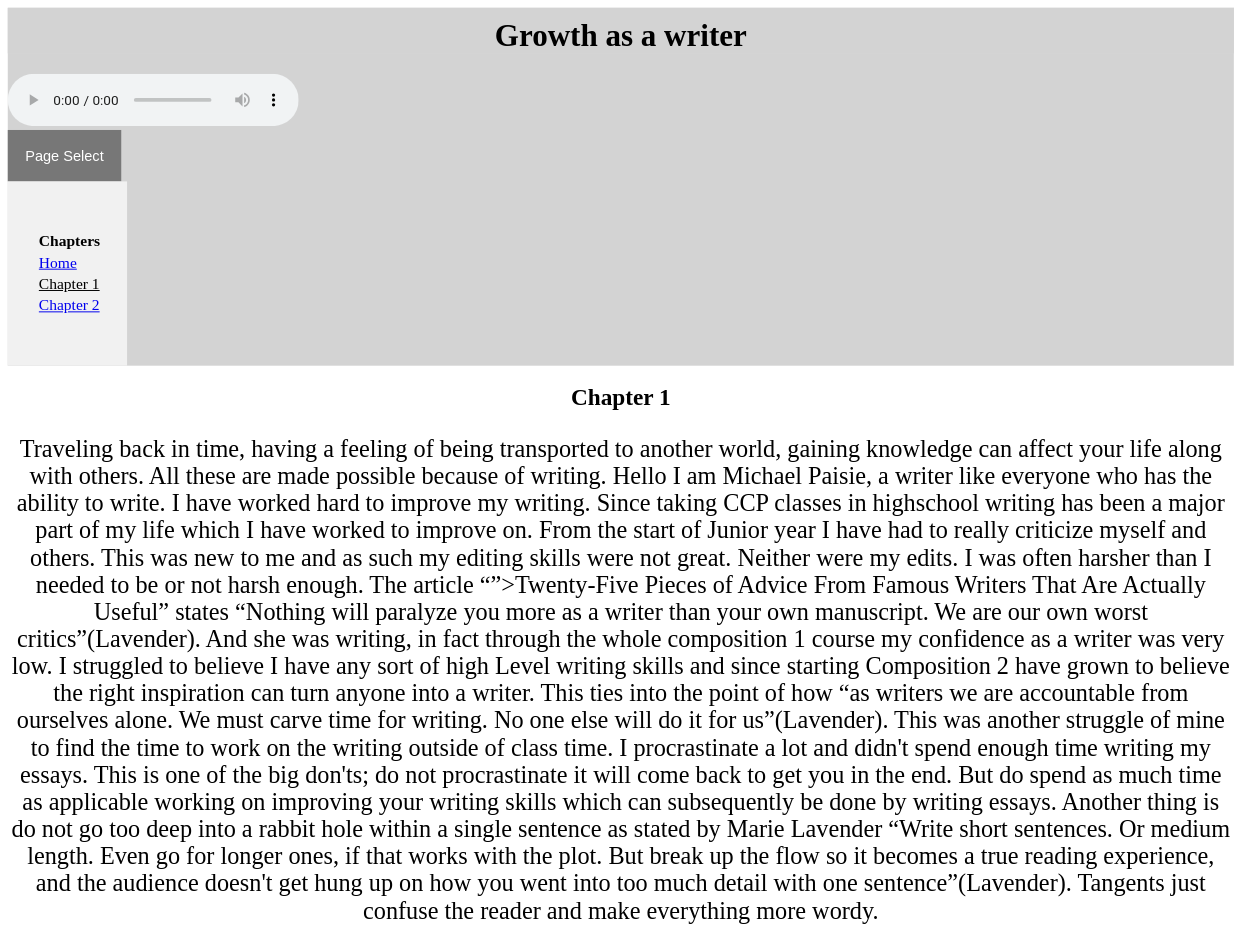
Repository: jpaisiem/WP-4
Page: Chapter1.html
The author's editor kept a copy of each file at every save. The page is drawn from the files as they stood at one save, then again after the next save.
The browser window is 1280 px wide. The pictures show the whole page, at 97% of full size.

Above is the page before, as saved 2025-05-01 11:34:25.
Console error: TypeError: Cannot read properties of undefined (reading 'toggle')

After the next save:
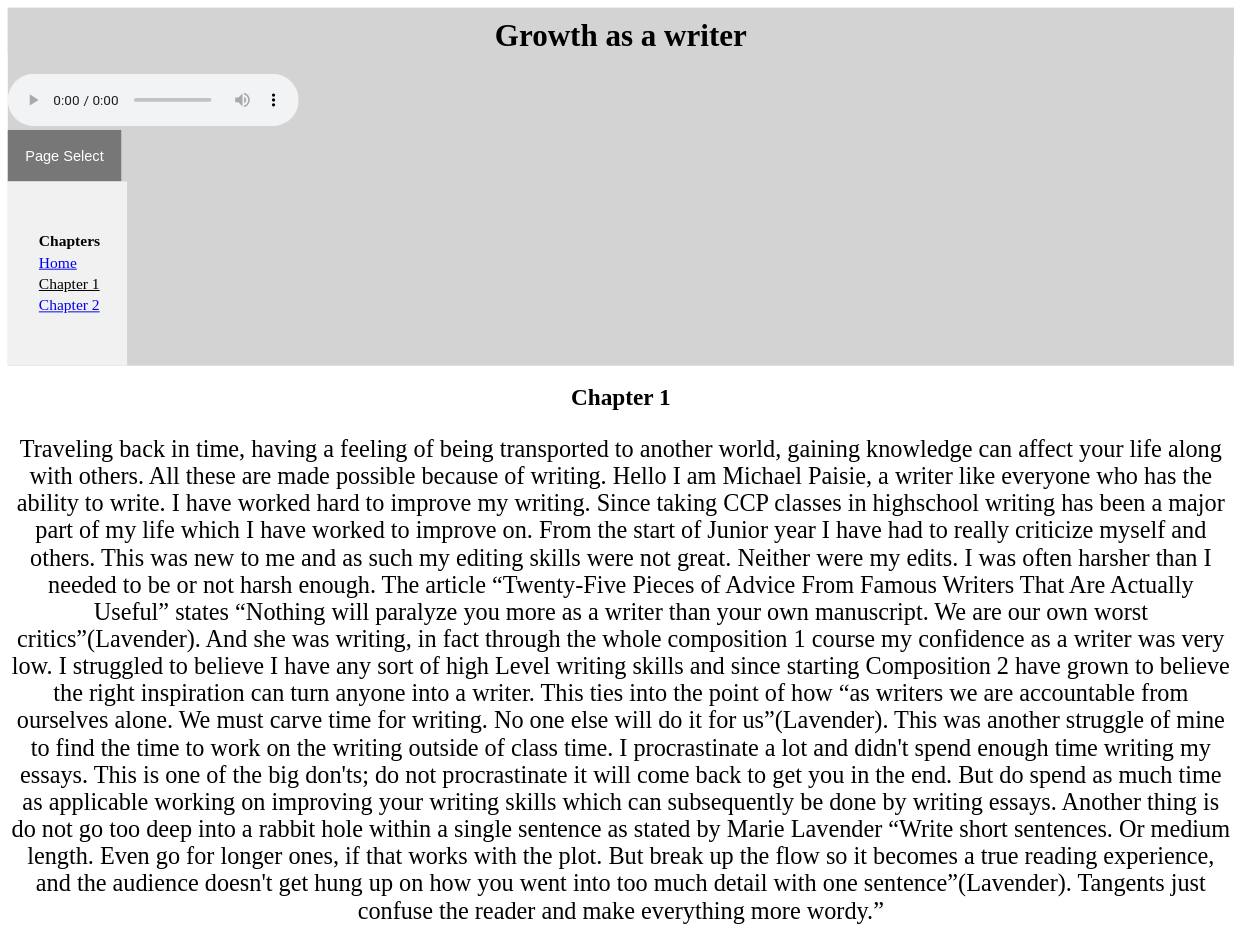
Saved 11 s later.
--- a/Chapter1.html
+++ b/Chapter1.html
@@ -69,7 +69,7 @@ p
       I have worked hard to improve my writing. Since taking CCP classes in highschool writing has been a major part of my life which I have worked to improve on.
       From the start of Junior year I have had to really criticize myself and others. This was new to me and as such my editing skills were not great.
       Neither were my edits. I was often harsher than I needed to be or not harsh enough.
-      The article <q></q>>Twenty-Five Pieces of Advice From Famous Writers That Are Actually Useful” states “Nothing will paralyze you more as  a writer than your own manuscript.
+      The article <q>Twenty-Five Pieces of Advice From Famous Writers That Are Actually Useful” states “Nothing will paralyze you more as  a writer than your own manuscript.
       We are our own worst critics”(Lavender). And she was writing, in fact through the whole composition 1 course my confidence as a writer was very low.
       I struggled to believe  I have any sort of high Level writing skills and since starting Composition 2 have grown to believe the right inspiration can turn anyone into a writer.
       This ties into the point of how “as writers we are accountable from ourselves alone. We must carve time for writing. No one else will do it for us”(Lavender).
